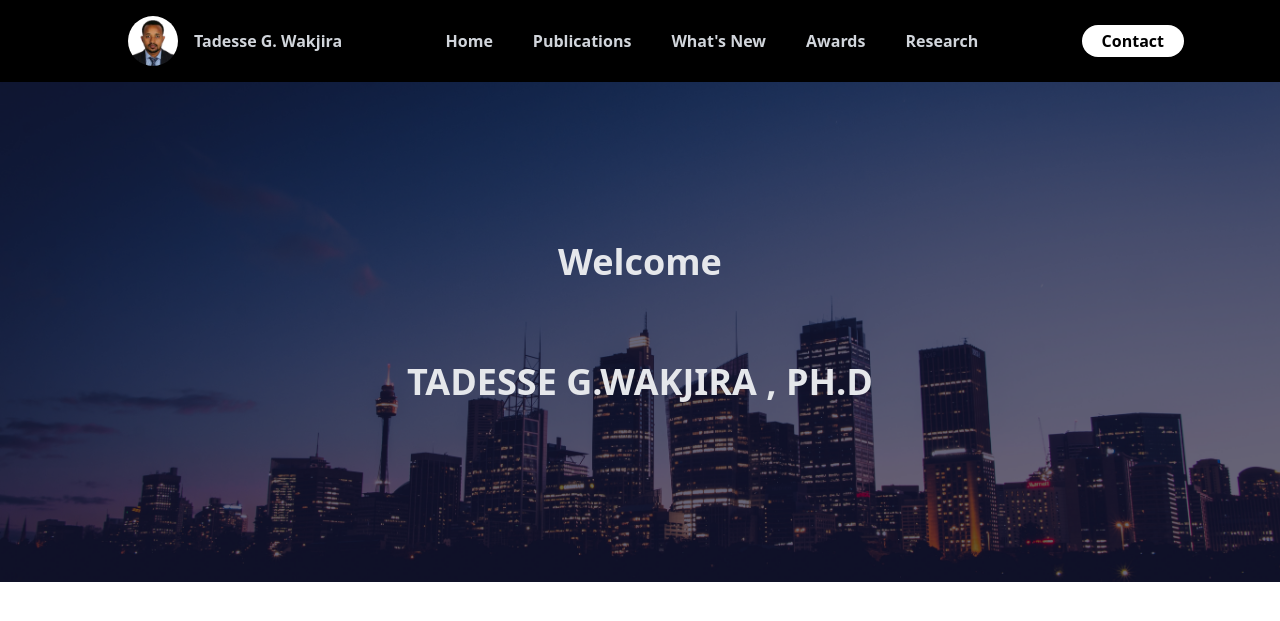
Repository: Elias-Kibret/Tade-portfoilo
Page: /
The author's editor kept a copy of each file at every save. The page is drawn from the files as they stood at one save, then again after the next save.
The browser window is 1280 px wide. The pictures show the whole page.
The project was rebuilt for these pictures with package versions that can differ from the ones it lists, and the page was loaded fresh each time. The framework's server and built-in components were replaced by stand-ins that run in the browser. Also part of the build but not shown: next.config.js.

Above is the page before, as saved 2022-06-28 01:42:55.

### pages/index.tsx
import type { NextPage } from 'next'
import Head from 'next/head'
import Image from 'next/image'
import Header from '../components/Header'
import Hero from '../components/Hero'
const Home: NextPage = () => {
  return (
    <div>
      <Head>
        <title>Create Next App</title>
        <link rel="icon" href="/favicon.ico" />
      </Head>
      <Header/>
      <Hero/>
    </div>
  )
}

export default Home

### styles/globals.css
@tailwind base;
@tailwind components;
@tailwind utilities;

.hero{
    width:100%;
    height:500px;
    background-image: url('../public/Img/BG.jpg');
    background-size: cover;
    background-position: center;
    background-position: center;
    background-repeat: no-repeat;

}
.hero-cover{
    width:100%;
    height:500px;
    background: rgba(2,0,36,0.6);
background: linear-gradient(90deg, rgba(21, 20, 44, 0.7) 0%, rgba(18, 18, 41, 0.7).7) 35%, rgba(241, 246, 247, 0.8) 100%);
}

### components/Header.tsx
import Head from "next/head"
import Link from "next/link"
import Image from "next/image"
import Logo from '../public/Img/Tadesse.png'
const Header = () => {
  return (
<header className=" bg-black font-semibold  pl-32 py-4 text-gray-300  ">
   <div className="flex justify-between items-center">
      <div className="flex items-center space-x-4">
    <Image src={Logo}   className="rounded-full" width={50} height={50}/>
    <span>Tadesse G. Wakjira</span>
      </div>
      <div className="flex justify-between">
        <nav className="flex list-none space-x-10  hidden md:inline-flex text-black-200">
            <li >
                <Link href="">
                    <a> Home</a>
                </Link>
            </li>
            <li>
                <Link href="">
                    <a> Publications <span></span></a>
                </Link>
            </li>
            <li>
                <Link href="">
                    <a> What's New</a>
                </Link>
            </li>
            <li>
                <Link href="">
                    <a> Awards</a>
                </Link>
            </li>
            <li>
                <Link href="">
                    <a> Research</a>
                </Link>
            </li>

        </nav>

      </div>
      <div className="mr-24 bg-white text-black px-5 py-1  rounded-full">
        <Link href=""  >
                    <a> Contact</a>
                </Link>
        </div>
    </div>
</header>
  )
}

export default Header

### components/Hero.tsx
import heroImage from '../public/Img/Hr.png'
import Image from 'next/image'
const Hero = () => {
  return (
<main  >
<div className='hero h-auto'>

<div className='text-gray-200 hero-cover font-bold   py-40 w-1/2 text-center text-4xl'>
  <h1>Welcome</h1>
  <h2 className='py-20'>TADESSE G.WAKJIRA , PH.D</h2>
</div>
</div>
</main>
  )
}

export default Hero

Loaded but not shown: pages/_app.tsx (common file); tailwind.config.js (common file)

After the next save:
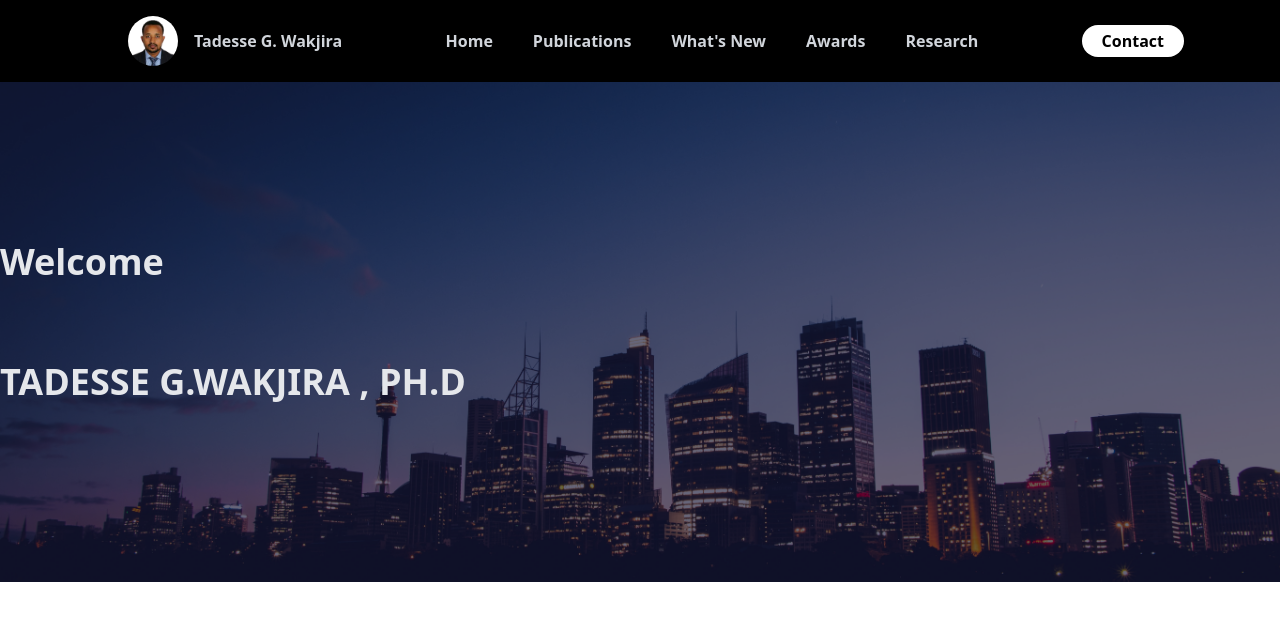
Saved 11 s later.
--- a/components/Hero.tsx
+++ b/components/Hero.tsx
@@ -5,7 +5,7 @@ const Hero = () => {
 <main  >
 <div className='hero h-auto'>
 
-<div className='text-gray-200 hero-cover font-bold   py-40 w-1/2 text-center text-4xl'>
+<div className='text-gray-200 hero-cover font-bold   py-40 w-1/2  text-4xl'>
   <h1>Welcome</h1>
   <h2 className='py-20'>TADESSE G.WAKJIRA , PH.D</h2>
 </div>
